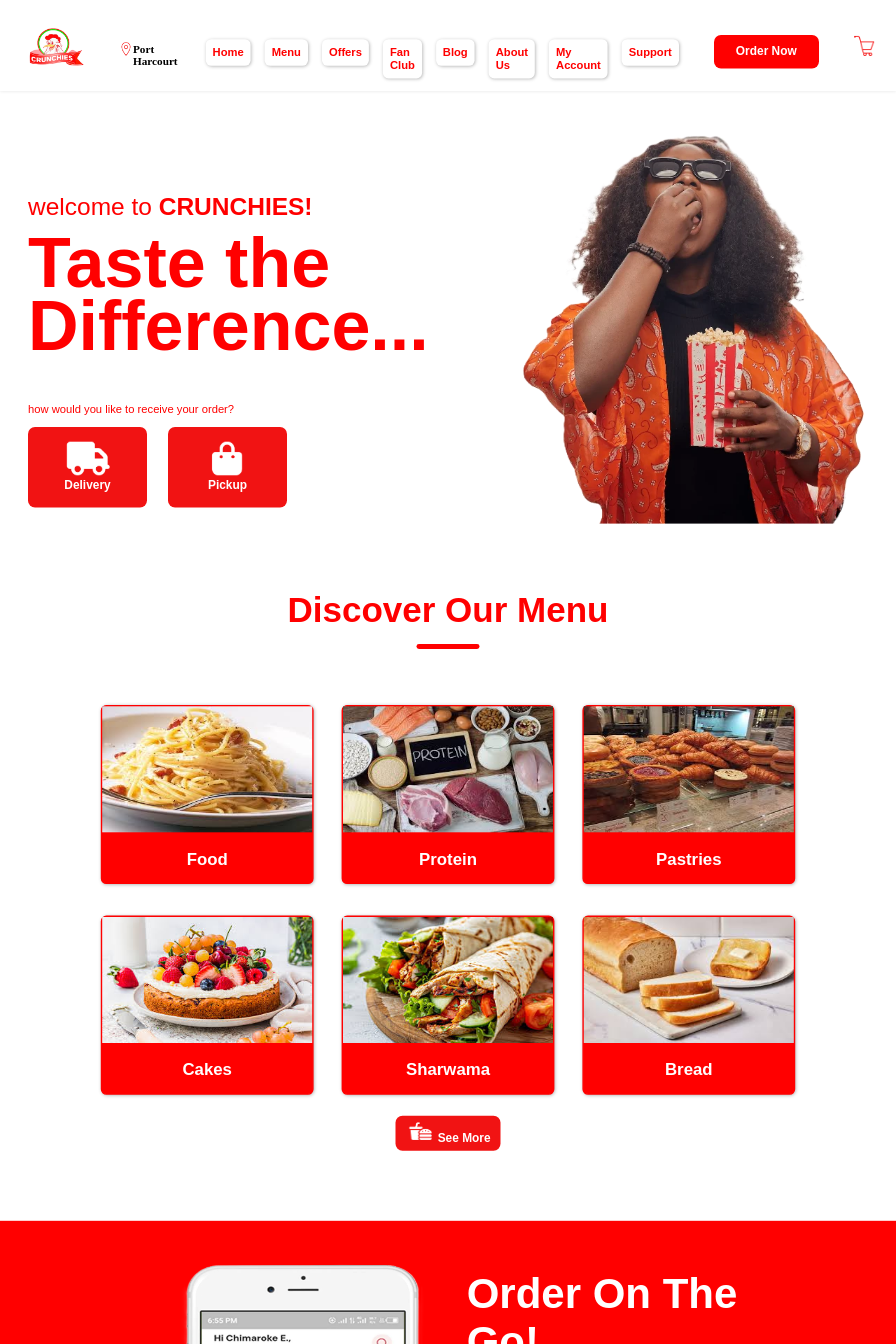
Repository: trenzyfx1/crunches-online-
Page: index.html
The author's editor kept a copy of each file at every save. The page is drawn from the files as they stood at one save, then again after the next save.
The browser window is 1280 px wide. The pictures show the part of the page from y = 0 to 1920 px (the page is 4832 px tall), at 70% of full size.

Above is the page before, as saved 2025-04-13 17:29:04.

### index.html
<!DOCTYPE html>
<html lang="en">

<head>
    <meta charset="UTF-8">
    <meta name="viewport" content="width=device-width, initial-scale=1.0">
    <link rel="icon" href="./images/logo-red.webp" type="image">
    <link rel="stylesheet" href="./style.css">
    <title>Crunches Fried Chicken | Order food online</title>
</head>

<body class="full-body">
    <header class="desktop-header">
        <nav>
            <div class="logo">
                <div>
                    <a href="#"><img width="80px" src="./images/logo-red.webp" alt=""></a>
                </div>
                <div class="logo2">
                    <div class="location">
                        <img width="20px" src="./images/location.png" alt="">
                    </div>
                    <div>
                        <h4>Port Harcourt</h4>
                    </div>
                </div>
            </div>
            <div class="menu">
                <ul>
                    <li><a href="">home</a></li>
                    <li><a href="">menu</a></li>
                    <li><a href="">offers</a></li>
                    <li><a href="">fan club</a></li>
                    <li><a href="">blog</a></li>
                    <li><a href="">about us</a></li>
                    <li><a href="">my account</a></li>
                    <li><a href="">support</a></li>
                </ul>
                <div>
                    <button class="order-now" type="button">order now</button>
                </div>
                <div class="cart">
                    <img width="30px" src="./images/cart.png" alt="">
                </div>
            </div>
        </nav>
    </header>
    <header class="mobile-header">
        <nav class="nav1">
            <div class="logo">
                <div>
                    <a href="#"><img width="80px" src="./images/logo-red.webp" alt=""></a>
                </div>
            </div>
            <div class="menu-icon" id="menu-icon">
                <div class="line"></div>
                <div class="line"></div>
                <div class="line"></div>
            </div>
            <div class="menu" id="menu">
                <ul>
                    <li><a href="">blog</a></li>
                    <li><a href="">home</a></li>
                    <li><a href="">menu</a></li>
                    <li><a href="">offers</a></li>
                    <li><a href="">support</a></li>
                    <li><a href="">fan club</a></li>
                    <li><a href="">about us</a></li>
                    <li><a href="">my account</a></li>
                </ul>
                <div class="order-now1">
                    <button class="order-now" type="button">order now</button>
                </div>
                <div class="cart">
                    <img width="30px" src="./images/cart.png" alt="">
                </div>
            </div>
        </nav>
    </header>
    <section>
        <div class="head">
            <div class="section1">
                <div>
                    <h3 class="welcome">welcome to <span>Crunchies!</span></h3>
                    <h1>Taste the Difference...</h1>
                </div>
                <div>
                    <p>how would you like to receive your order? </p>
                    <div class="button1">
                        <button class="delivery" type="button">
                            <img class="delivery-img" width="40%" src="./images/Capture.PNG" alt="">
                            <br>delivery
                        </button>
                        <button class="pickup" type="button">
                            <img class="pickup-img" width="33%" src="./images/Capture1.PNG" alt="">
                            <br>pickup
                        </button>
                    </div>
                </div>
            </div>
            <div>
                <img class="woman" src="./images/woman.PNG" alt="">
            </div>
        </div>
    </section>
    <section class="discover">
        <h1 class="h1">discover our menu</h1>
        <div class="underline"></div>
        <div class="section2">
            <div class="food-section">
                <img class="foods" src="./images/food.jpg" alt="">
                <h1>food</h1>
            </div>
            <div class="food-section">
                <img class="foods" src="./images/protein.jpg" alt="">
                <h1>protein</h1>
            </div>
            <div class="food-section">
                <img class="foods" src="./images/pastries.jpg" alt="">
                <h1>pastries</h1>
            </div>
        </div>
        <div class="section2 s2">
            <div class="food-section">
                <img class="foods" src="./images/cakes.jpg" alt="">
                <h1>cakes</h1>
            </div>
            <div class="food-section">
                <img class="foods" src="./images/sharwama.jpg" alt="">
                <h1>sharwama</h1>
            </div>
            <div class="food-section">
                <img class="foods" src="./images/bread.jpg" alt="">
                <h1>bread</h1>
            </div>
        </div>
        <div class="see-more1">
            <button class="see-more" type="button">
                <img class="see-more-img" width="30%" src="./images/drink.png" alt="">
                see more
            </button>
        </div>
    </section>
    <section class="section3">
        <div class="phone1">
            <img class="phone" src="./images/phone.png" alt="">
        </div>
        <div class="order1">
            <h1 class="h1-1">order on the <br> go!</h1>
            <h1 class="h1-2">order on the go!</h1>
            <p>our mobile apps are now available on your device's <br> app store</p>
            <div>
                <div class="download">
                    <div>
                        <button class="playstore" type="button">
                            <img class="playstore-img" width="20%" src="./images/playstore.png" alt="">
                            <div>
                                android app on
                                <br><span class="span2">google play</span>
                            </div>
                        </button>
                    </div>
                    <div>
                        <button class="apple" type="button">
                            <img width="20%" class="apple-img" src="./images/apple.png" alt="">
                            <div>
                                download the app
                                <br><span class="span2">app store</span>
                            </div>
                        </button>
                    </div>
                </div>
            </div>
        </div>
    </section>
    <section class="about-us">
        <h1 class="h1">about us</h1>
        <div class="underline"></div>
        <div class="section4">
            <div  class="products">
                <div>
                    <p>
                        Crunchies Fried Chicken is a first-grade quick service <br> restaurant that offers a variety of
                        quality
                        fast
                        food products <br> and first-class services. We are currently spread across the <br>
                        South-South,
                        South-East and
                        South-West regions of Nigeria, <br> with over 20 years of experience. <br><br>
                        We have carved the niche of excellence in the fast food <br> market with a service per
                        excellence
                        acquired
                        from <br> interacting with our valued customers.
                    </p>
                </div>
                <div>
                    <button class="shop-button" type="button">
                        <img width="30px" class="sbutton-img" src="./images/read.png" alt="">read more
                    </button>
                </div>
            </div>
            <div class="shop">
                <img class="shop-img" src="./images/shop.webp" alt="">
            </div>
        </div>
    </section>
    <section class="section5">
        <div class="eat-section">
            <img class="section5-img" src="./images/woman2.png" alt="">
        </div>
        <div class="eat-section">
            <img class="section5-img" src="./images/chicken.png" alt="">
        </div>
        <div class="eat-section">
            <img class="section5-img" src="./images/woman3.jpg" alt="">
        </div>
        <div class="eat-section">
            <img class="section5-img" src="./images/car.jpg" alt="">
        </div>
    </section>
    <section class="section6">
        <div>
            <img class="food2" src="./images/food2.png" alt="">
            <div class="first">
                <h1>Subsribe to our Newsletter</h1>
                <p>Be the first to get lucky on our amazing offers</p>
            </div>
        </div>
        <div class="email">
            <input type="text" placeholder="Email Address">
            <div><button class="subsribe" type="button">subsribe now</button></div>
        </div>
    </section>
    <footer>
        <div class="footer">
            <div class="Crunches">
                <img width="180px" src="./images/logo-white.webp" alt="">
                <h1>opening hours</h1>
                <p>mondays to sundays <br> 7:00am to 9:00pm</p>
                <h1>contact us</h1>
                <p>rolemodel987@gmail.com <br> +2347047889687</p>
            </div>
            <div class="quick">
                <div>
                    <h1>quick navigation</h1>
                    <ul>
                        <li><a href="">careers</a></li>
                        <li><a href="">fan club</a></li>
                        <li><a href="">offers</a></li>
                        <li><a href="">privacy policy</a></li>
                        <li><a href="">terms and condition</a></li>
                    </ul>
                </div>
                <div>
                    <div>
                        <h1>find us here</h1>
                    </div>
                    <div class="igs">
                        <div>
                            <img class="logo3" src="./images/ig.png" alt="">
                        </div>
                        <div>
                            <img class="logo3" src="./images/fb.png" alt="">
                        </div>
                        <div>
                            <img class="logo3" src="./images/in.png" alt="">
                        </div>
                        <div>
                            <img class="logo3" src="./images/x.png" alt="">
                        </div>
                        <div>
                            <img class="logo3" src="./images/tiktok.png" alt="">
                        </div>
                    </div>
                </div>
            </div>
            <div class="feedback">
                <h1>tell us how we're doing...</h1>
                <p>your feedback is valuable to us</p>
                <button class="submit" type="button">
                    <div>submit feedback</div> <img width="25px" src="./images/3star.png" alt="">
                </button>
            </div>
        </div>
        <div class="dear">
            <p>
                Dear customer, online order services are unavailable at this time. Our services will be active from 8am
                to 6pm. Thank you!
            </p>
        </div>
    </footer>

    <script src="./mobile.js"></script>
</body>

</html>

Loaded but not shown: mobile.js (10 lines, source omitted); style.css (854 lines, source omitted)

After the next save:
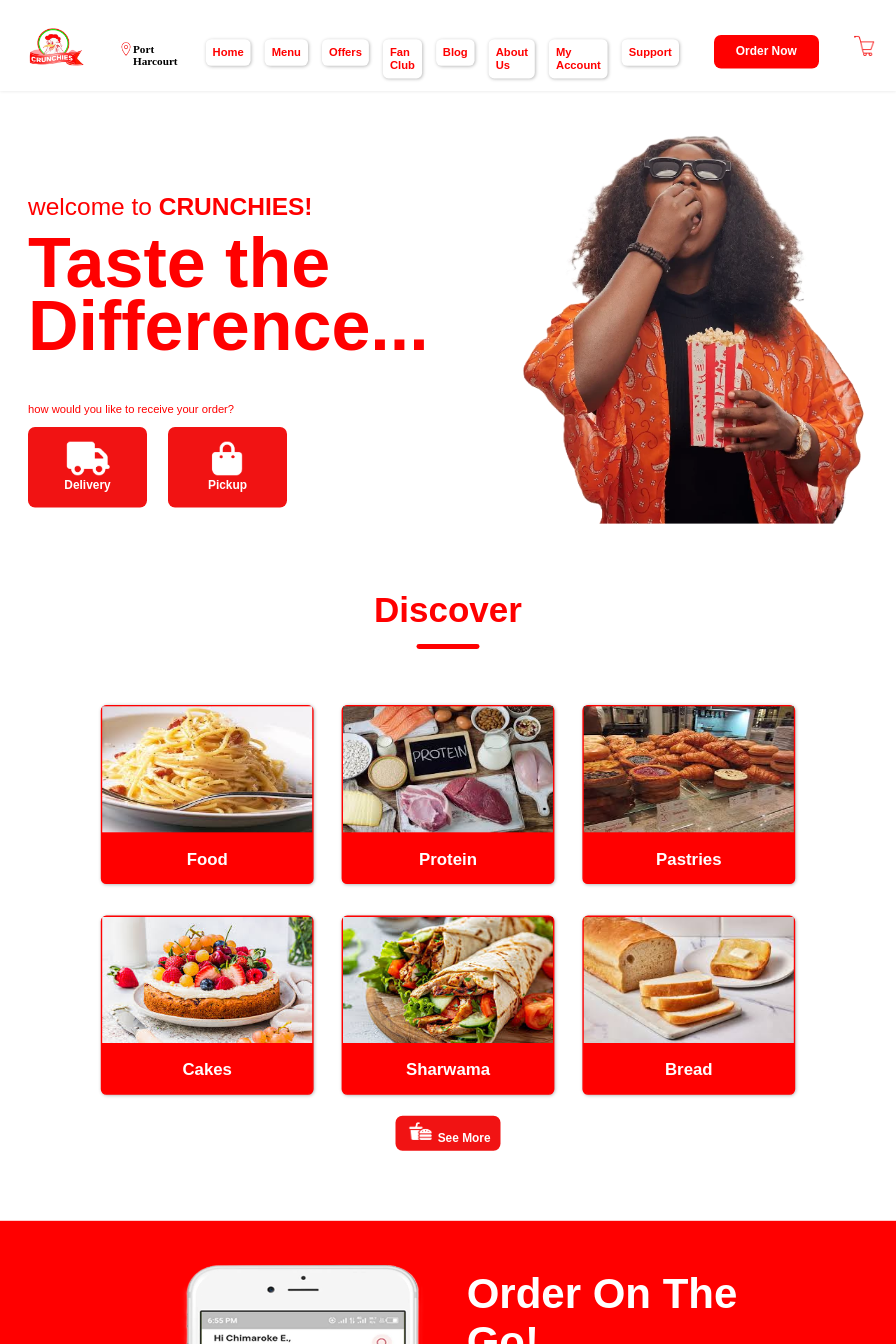
Saved 28 s later.
--- a/index.html
+++ b/index.html
@@ -104,7 +104,7 @@
         </div>
     </section>
     <section class="discover">
-        <h1 class="h1">discover our menu</h1>
+        <h1 class="h1">discover</h1>
         <div class="underline"></div>
         <div class="section2">
             <div class="food-section">
